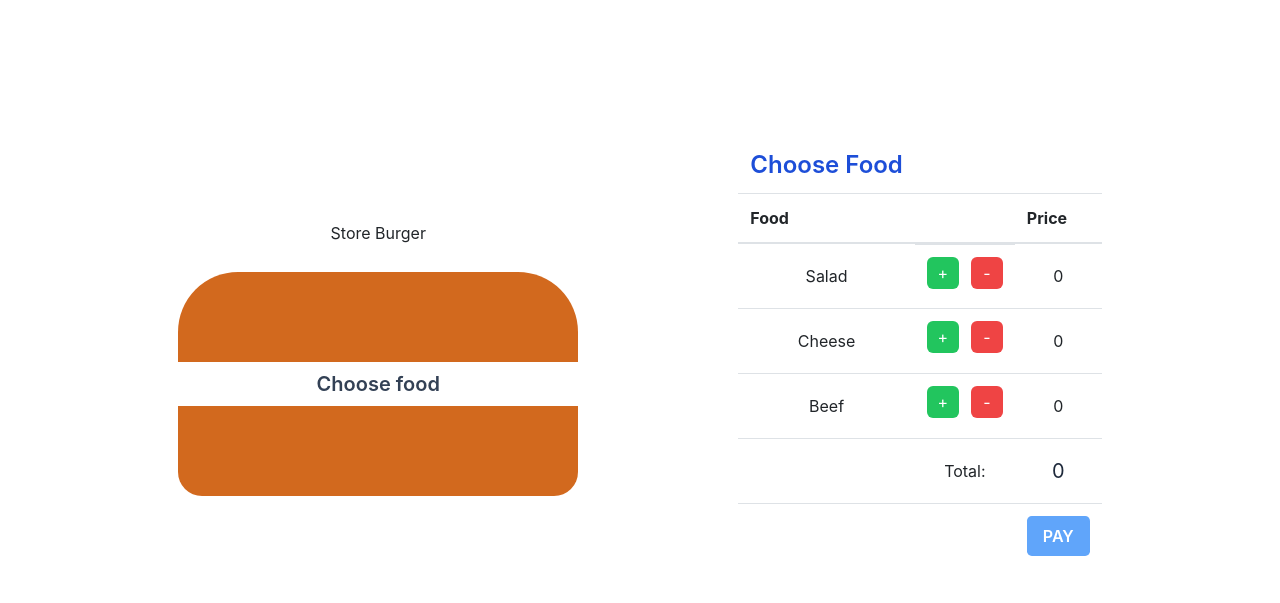
Repository: baobaodeveloper/bootcamp21_HuynhAnhBao_Burger
Page: /
An editor plug-in stored every save of this project. The page is shown before and after the next save, followed by the edit.
The browser window is 1280 px wide. The pictures show the whole page.
The project was rebuilt for these pictures with package versions that can differ from the ones it lists, and the page was loaded fresh each time. Also part of the build but not shown: vite.config.js.

Above is the page before, as saved 2022-05-15 19:13:15.

### index.html
<!DOCTYPE html>
<html lang="en">
  <head>
    <title>Title</title>
    <!-- Required meta tags -->
    <meta charset="utf-8" />
    <meta
      name="viewport"
      content="width=device-width, initial-scale=1, shrink-to-fit=no"
    />

    <!-- Bootstrap CSS -->
    <link
      rel="stylesheet"
      href="https://stackpath.bootstrapcdn.com/bootstrap/4.3.1/css/bootstrap.min.css"
      integrity="sha384-ggOyR0iXCbMQv3Xipma34MD+dH/1fQ784/j6cY/iJTQUOhcWr7x9JvoRxT2MZw1T"
      crossorigin="anonymous"
    />
  </head>
  <body>
    <div id="root"></div>
    <!-- Optional JavaScript -->
    <!-- jQuery first, then Popper.js, then Bootstrap JS -->
    <script
      src="https://code.jquery.com/jquery-3.3.1.slim.min.js"
      integrity="sha384-q8i/X+965DzO0rT7abK41JStQIAqVgRVzpbzo5smXKp4YfRvH+8abtTE1Pi6jizo"
      crossorigin="anonymous"
    ></script>
    <script
      src="https://cdnjs.cloudflare.com/ajax/libs/popper.js/1.14.7/umd/popper.min.js"
      integrity="sha384-UO2eT0CpHqdSJQ6hJty5KVphtPhzWj9WO1clHTMGa3JDZwrnQq4sF86dIHNDz0W1"
      crossorigin="anonymous"
    ></script>
    <script
      src="https://stackpath.bootstrapcdn.com/bootstrap/4.3.1/js/bootstrap.min.js"
      integrity="sha384-JjSmVgyd0p3pXB1rRibZUAYoIIy6OrQ6VrjIEaFf/nJGzIxFDsf4x0xIM+B07jRM"
      crossorigin="anonymous"
    ></script>

    <script type="module" src="/src/main.jsx"></script>
  </body>
</html>

### src/main.jsx
import React from "react";
import ReactDOM from "react-dom/client";
import App from "./App";
import "./index.scss";
import { Provider } from "react-redux";
import { store } from "./redux/store";

ReactDOM.createRoot(document.getElementById("root")).render(
  <Provider store={store}>
    <React.StrictMode>
      <App />
    </React.StrictMode>
  </Provider>
);

### src/App.jsx
import Burger from "./components/dataBuger/Burger";

function App() {
  return <Burger></Burger>;
}

export default App;

### src/redux/store.jsx
import { configureStore } from "@reduxjs/toolkit";
import { dataSlice } from "../components/dataBuger/dataSlice";

export const store = configureStore({
  reducer: {
    dataShow: dataSlice.reducer,
  },
});

### src/components/dataBuger/Burger.jsx
import React from "react";
import { useDispatch, useSelector } from "react-redux";
import {
  dataQualityFoodSelector,
  dataRenderFoodSelector,
} from "../../redux/selector";
import { dataSlice } from "./dataSlice";

export default function Burger() {
  const dataRenderFood = useSelector(dataRenderFoodSelector);
  const dataQtyFood = useSelector(dataQualityFoodSelector);
  const dispatch = useDispatch();

  const hanleAddFood = (food) => {
    dispatch(dataSlice.actions.add(food));
  };
  const handleAstractFood = (food) => {
    dispatch(dataSlice.actions.abstract(food));
  };

  return (
    <div>
      <div className="flex items-center gap-x-40  w-screen h-screen mx-auto justify-center">
        <div className="flex flex-col justify-center items-center gap-y-2 w-[400px]">
          <h2 className="mb-20">Store Burger</h2>
          <div className="bg-[#D2691E] w-full h-[30px] relative">
            <div className="bg-[#D2691E] w-full h-[60px] absolute top-0 left-0 -translate-y-[60px] rounded-tl-full rounded-tr-full"></div>
          </div>
          {dataRenderFood.length === 0 && (
            <p className="rounded-t-none text-slate-700 text-xl font-semibold">
              Choose food
            </p>
          )}

          {dataRenderFood.length > 0 &&
            dataRenderFood.map((item, i) => (
              <div className={item} key={i}></div>
            ))}
          {/* <div className="h-3 bg-green-500 w-[500px] rounded-full"></div>
          <div className="h-5 bg-yellow-500 w-[470px] rounded-full"></div>
          <div className="h-10 bg-[#800000] w-[400px] rounded-xl"></div> */}

          <div className="w-full bg-[#D2691E] h-[90px] rounded-br-3xl rounded-bl-3xl"></div>
        </div>

        <div className="">
          <table className="table">
            <thead>
              <tr>
                <td className="text-blue-700 text-2xl font-semibold !border-t-0">
                  Choose Food
                </td>
              </tr>
              <tr>
                <th scope="col">Food</th>
                <th scope="col"></th>
                <th scope="col">Price</th>
              </tr>
            </thead>
            <tbody>
              {dataQtyFood.map((food, i) => (
                <tr key={i}>
                  <td className="h-[40x] leading-[40px] text-center">
                    {food.nameFood}
                  </td>
                  <td className="flex items-center gap-x-3">
                    <button
                      onClick={() => hanleAddFood(food)}
                      className="w-8 h-8 flex items-center justify-center text-white leading-none rounded-md bg-green-500 focus:outline-none hover:scale-105 transition-all"
                    >
                      +
                    </button>
                    <button
                      onClick={() => handleAstractFood(food)}
                      className="w-8 h-8 flex items-center justify-center text-white leading-none rounded-md bg-red-500 focus:outline-none hover:scale-105 transition-all"
                    >
                      -
                    </button>
                  </td>
                  <td className="h-[40x] text-center leading-[40px]">
                    {food.value}
                  </td>
                </tr>
              ))}
              <tr>
                <td></td>
                <td className="h-[40x] leading-[40px] text-center">Total:</td>
                <td className="h-[40x] leading-[40px] text-center text-slate-800 text-xl">
                  {dataQtyFood.reduce((acc, item) => acc + item.value, 0)}
                </td>
              </tr>
              <tr>
                <td colSpan={2}></td>
                <td>
                  <button className="py-2 px-3 rounded-lg bg-blue-400 font-semibold text-white uppercase  focus:outline-none hover:scale-105 transition-all">
                    Pay
                  </button>
                </td>
              </tr>
            </tbody>
          </table>
        </div>
      </div>
    </div>
  );
}

### src/components/dataBuger/dataSlice.jsx
import { createSlice } from "@reduxjs/toolkit";

export const dataSlice = createSlice({
  name: "data",
  initialState: {
    dataFood: [
      {
        nameFood: "Salad",
        value: 0,
        img: "h-3 bg-green-500 w-[500px] rounded-full",
      },
      {
        nameFood: "Cheese",
        value: 0,
        img: "h-5 bg-yellow-500 w-[470px] rounded-full",
      },
      {
        nameFood: "Beef",
        value: 0,
        img: "h-10 bg-[#800000] w-[400px] rounded-xl",
      },
    ],
    renderFood: [],
  },
  reducers: {
    add: (state, action) => {
      state.renderFood.unshift(action.payload.img);
      const indexFoodAdd = state.dataFood.findIndex(
        (item) => item.nameFood === action.payload.nameFood
      );
      state.dataFood[indexFoodAdd].value += 10;
    },
    abstract: (state, action) => {
      if (action.payload.value > 0) {
        const indexFoodAstract = state.renderFood.lastIndexOf(
          action.payload.img
        );
        state.renderFood.splice(indexFoodAstract, 1);
        const indexFoodValue = state.dataFood.findIndex(
          (item) => item.nameFood === action.payload.nameFood
        );
        console.log(indexFoodValue);
        state.dataFood[indexFoodValue].value -= 10;
      }
    },
  },
});

### src/redux/selector.jsx
export const dataRenderFoodSelector = (state) => state.dataShow.renderFood;
export const dataQualityFoodSelector = (state) => state.dataShow.dataFood;

Loaded but not shown: src/index.scss (common file); tailwind.config.js (common file)

After the next save:
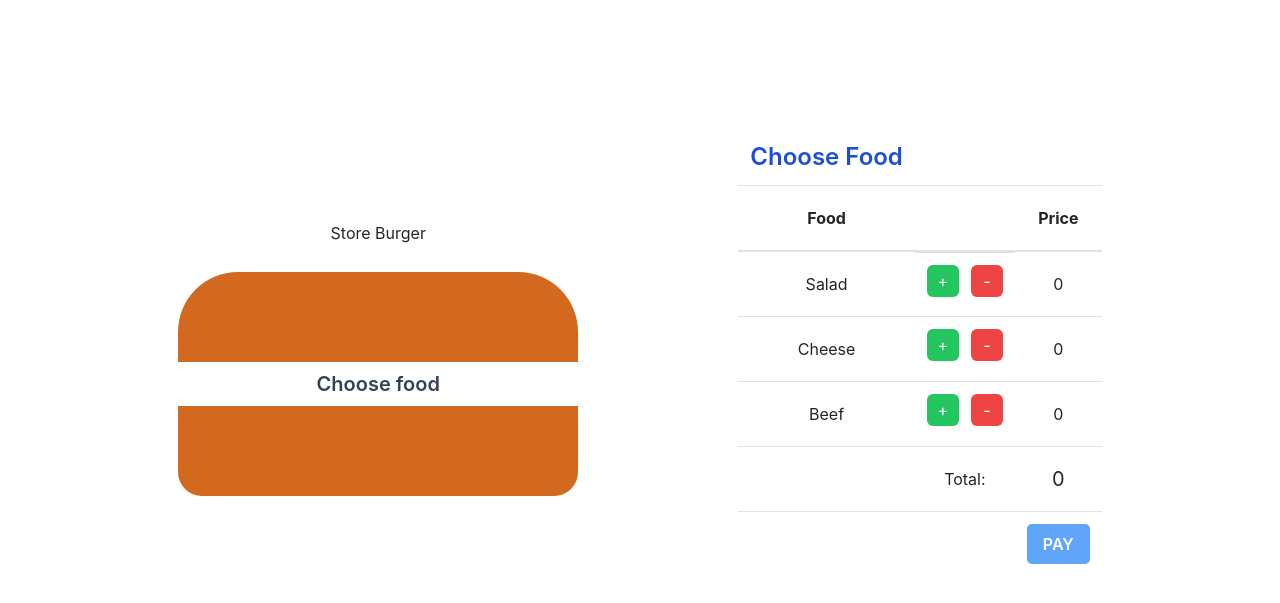
Saved 55 s later.
--- a/src/components/dataBuger/Burger.jsx
+++ b/src/components/dataBuger/Burger.jsx
@@ -52,9 +52,13 @@ export default function Burger() {
                 </td>
               </tr>
               <tr>
-                <th scope="col">Food</th>
+                <th scope="col" className="h-[40x] leading-[40px] text-center">
+                  Food
+                </th>
                 <th scope="col"></th>
-                <th scope="col">Price</th>
+                <th scope="col" className="h-[40x] leading-[40px] text-center">
+                  Price
+                </th>
               </tr>
             </thead>
             <tbody>
